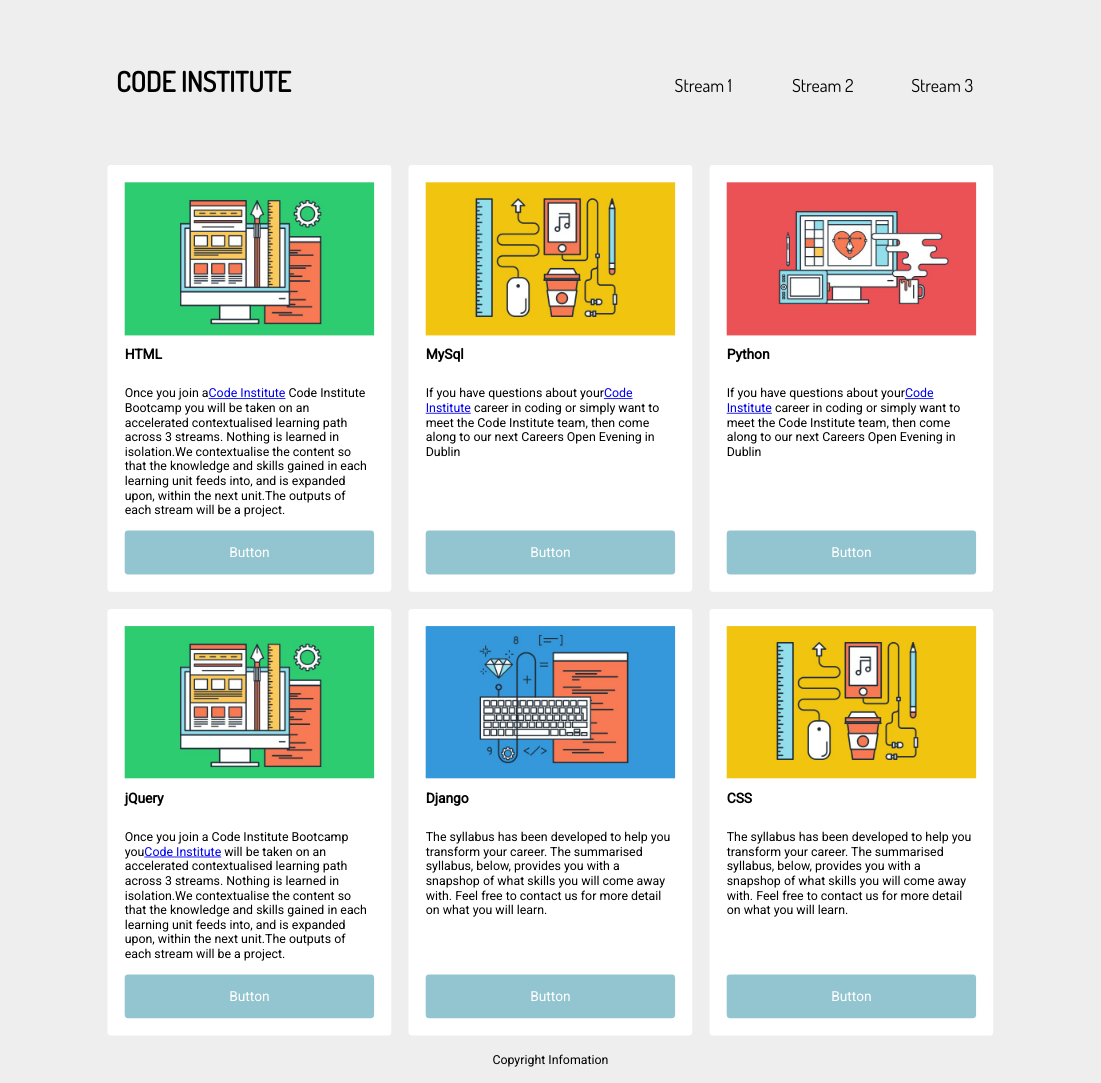
Repository: SOliv1/jquery-downloading-selectors
Page: index.html
The author's editor kept a record of every edit. The page is drawn from the files as they stood at one moment, then again after the next edit.
The browser window is 1280 px wide. The pictures show the whole page, at 86% of full size.
Some web libraries are served in a nearby version.

Above is the page before.

### index.html
<!DOCTYPE html>

<html lang="en">

<head>

	<meta charset="UTF-8">

	<meta name="viewport" content="width=device-width, initial-scale=1">

	<title>jQuery</title>

	<link href="style.css" rel="stylesheet">

	<link href='https://fonts.googleapis.com/css?family=Roboto' rel='stylesheet' type='text/css'>

	<link href='https://fonts.googleapis.com/css?family=Dosis' rel='stylesheet' type='text/css'>

</head>

<body>

	<div id="container">

		<nav>

			<ul>

				<li id="logoNav">CODE INSTITUTE</li>

				<li id="stream1" class="stream-nav">Stream 1</li>

				<li id="stream2" class="stream-nav">Stream 2</li>

				<li id="stream3" class="stream-nav">Stream 3</li>

			</ul>

		</nav>

		<div class="card stream1-card">

			<img class="card_image" src="img/3.png" alt="coding icon">

			<div class="card_bottom">

				<h2 class="card_head">HTML</h2>

				<p class="card_para">Once you join a<a href="#">Code Institute</a> Code Institute Bootcamp you will be taken on an accelerated contextualised learning path across 3 streams. Nothing is learned in isolation.We contextualise the content so that the knowledge and skills gained in each learning unit feeds into, and is expanded upon, within the next unit.The outputs of each stream will be a project. </p>

				<a href="" class="bottom_button">Button</a>

			</div>

		</div>

	<div class="card stream3-card">
			<img class="card_image" src="img/1.png" alt="coding icon">

			<h2 class="card_head">MySql</h2>

			<p class="card_para">If you have questions about your<a href="#">Code Institute</a> career in coding or simply want to meet the Code Institute team, then come along to our next Careers Open Evening in Dublin</p>

			<a href="" class="bottom_button">Button</a>

		</div>



		<div class="card stream2-card">

			<img class="card_image" src="img/2.png" alt="coding icon">

			<h2 class="card_head">Python</h2>

			<p class="card_para">If you have questions about your<a href="#">Code Institute</a> career in coding or simply want to meet the Code Institute team, then come along to our next Careers Open Evening in Dublin</p>

			<a href="" class="bottom_button">Button</a>

		</div>

		<div class="card stream1-card">

			<img class="card_image" src="img/3.png" alt="coding icon">

			<div class="card_bottom">

				<h2 class="card_head">jQuery</h2>

				<p class="card_para">Once you join a Code Institute Bootcamp you<a href="#">Code Institute</a> will be taken on an accelerated contextualised learning path across 3 streams. Nothing is learned in isolation.We contextualise the content so that the knowledge and skills gained in each learning unit feeds into, and is expanded upon, within the next unit.The outputs of each stream will be a project. </p>

				<a href="" class="bottom_button">Button</a>

			</div>

		</div>

		<div class="card stream3-card">

			<img class="card_image" src="img/4.png" alt="coding icon">

			<h2 class="card_head">Django</h2>

			<p class="card_para">The syllabus has been developed to help you transform your career. The summarised syllabus, below, provides you with a snapshop of what skills you will come away with. Feel free to contact us for more detail on what you will learn.</p>

			<a href="" class="bottom_button">Button</a>

		</div>

	<div class="card stream1-card">

			<img class="card_image" src="img/1.png" alt="coding icon">

			<h2 class="card_head">CSS</h2>

			<p class="card_para">The syllabus has been developed to help you transform your career. The summarised syllabus, below, provides you with a snapshop of what skills you will come away with. Feel free to contact us for more detail on what you will learn.</p>

			<a href="" class="bottom_button">Button</a>

		</div>

		<div id="my_footer">

			<p id="copyright">Copyright Infomation</p>

		</div>

	</div>

	<script src="https://code.jquery.com/jquery-3.2.1.js" integrity="sha256-DZAnKJ/6XZ9si04Hgrsxu/8s717jcIzLy3oi35EouyE=" crossorigin="anonymous"></script>

	<script src="script.js"></script> <!-- Scripts located at the bottom of the body to insure page is fully loaded before execution -->

</body>

</html>

### style.css

body{

	font-family: 'Roboto', sans-serif;
 	background-color: #eee;

}



h1{

	font-size: 3em;
	text-align: center;

}

h2{

	font-size: 1em;
	text-align: left;

}

p{

	font-size: .9rem;

}



div{

	border-radius: 4px;

}



.card_image{

	width: 100%;

}



.bottom_button{

	display: flex;
	box-sizing: border-box;
	border-radius: 4px;
	display: block;
	width: 100%;
	background-color: rgba(129, 187, 201,.85);
	text-align: center;
	padding: 1em .75em;
	text-decoration: none;
	color: #fff;

}



.card_bottom{

	display: flex;
	flex-flow: column;

}



.card_head{
	flex: 0;

}



.card_para{

	flex: 1 0 auto;

}



#container{

	display: flex;
	flex-flow: row wrap;
	box-sizing: border-box;
	margin-right: auto;
	margin-left: auto;
	max-width: 1050px;

}



#logo{

	width: 800px;
	margin: auto;

}



.card{

	flex: 1;

	display: flex;

	flex-flow: column;

	min-width: 240px;

	margin: 10px;

	padding: 20px;

	background-color: #fff;

}



#my_footer{

	width: 100%;

	text-align: center;

}

#copyright{
	margin-top: 10px;
	margin-bottom: 10px;


}


/*************************

Navigation

**************************/



nav{

	font-family: roboto;
	background-color: #eee;
	margin: 30px auto;
	width: 100%;

}


ul{
	display: flex;
	justify-content: space-between;
	flex-flow: row;
	align-items: baseline;
	border-radius: 10px;
	list-style-type: none; /*Remove Bullets*/
	padding: 0;

}

li{
	flex: 1;
	height: 30px;
	font-family: Dosis;
	padding: 20px 20px 20px 20px;
	text-align: center;
	font-size: 1.3em;

}

#logoNav{
	flex: 6;
	text-align: left;
	font-size: 2em;
	font-weight: bold;

}

.underline{

	text-decoration: underline;

}

.border{
	border: solid 5px #ccc;

}

.stream-nav{
	cursor: pointer;

}

.card-highlight{
	background-color: rgb(235, 82, 85);

}

/*for desktop navigation*/

@media screen and (max-width: 700px){

	ul{
		flex-flow: column;
		align-items:center;
	}

	li{

		font-size: 2em;
	}

}

### script.js

$(document).ready(function() {

    $("#stream1_btn").on("click", function() {

        $(".stream1").removeClass('highlight_stream');

        $(".stream2").removeClass('highlight_stream');

        $(".stream3").removeClass('highlight_stream');

        $(".stream1").addClass('highlight_stream');

   });

   $("#stream2_btn").on("click", function() {

        $(".stream1").removeClass('highlight_stream');

        $(".stream2").removeClass('highlight_stream');

        $(".stream3").removeClass('highlight_stream');

        $(".stream2").addClass('highlight_stream');

   });

   $("#stream3_btn").on("click", function() {

        $(".stream1").removeClass('highlight_stream');

        $(".stream2").removeClass('highlight_stream');

        $(".stream3").removeClass('highlight_stream');

        $(".stream3").addClass('highlight_stream');

   });

});

After the next edit:
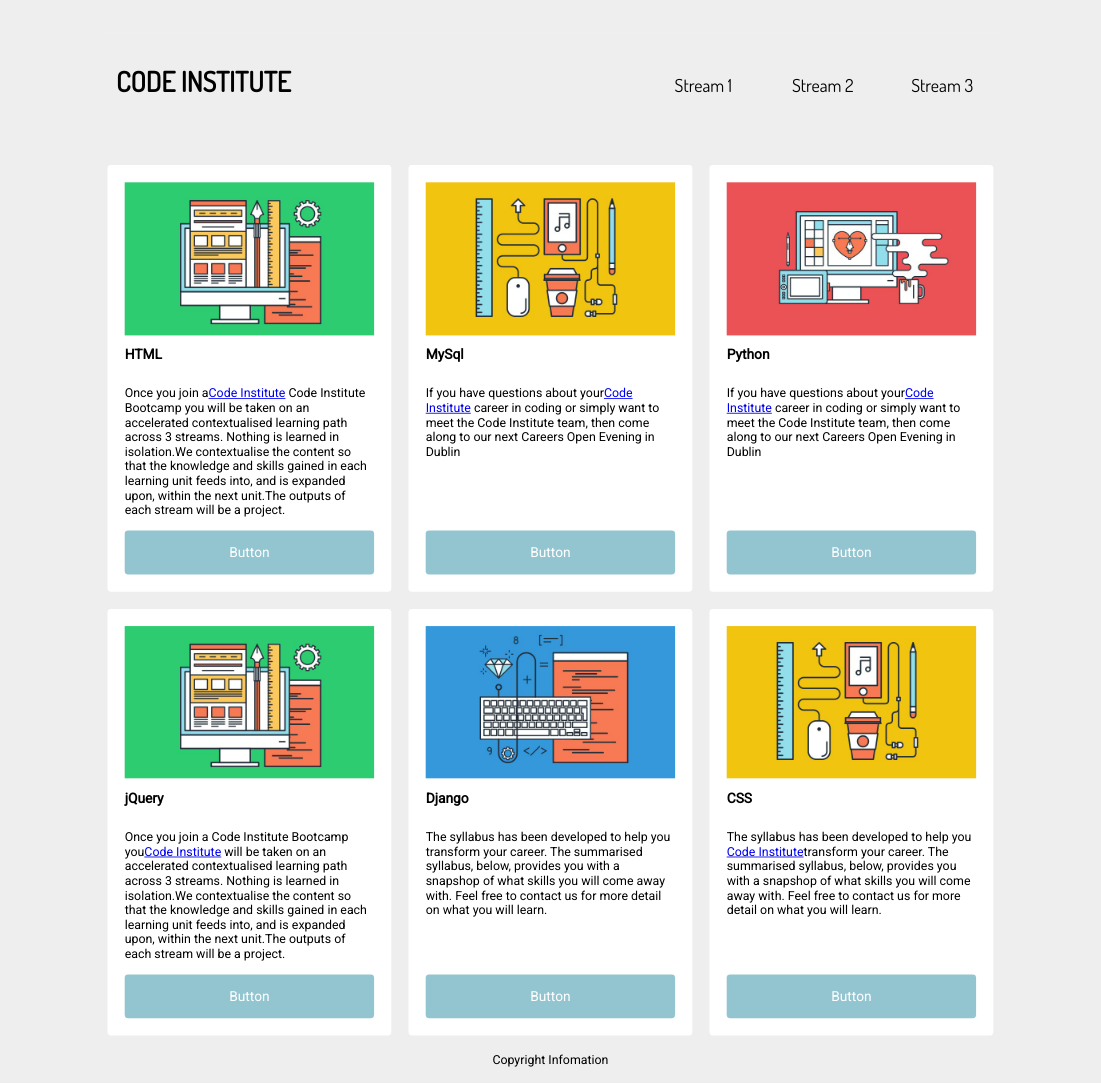
The edit:
--- a/index.html
+++ b/index.html
@@ -113,7 +113,7 @@
 
 			<h2 class="card_head">CSS</h2>
 
-			<p class="card_para">The syllabus has been developed to help you transform your career. The summarised syllabus, below, provides you with a snapshop of what skills you will come away with. Feel free to contact us for more detail on what you will learn.</p>
+			<p class="card_para">The syllabus has been developed to help you <a href="#">Code Institute</a>transform your career. The summarised syllabus, below, provides you with a snapshop of what skills you will come away with. Feel free to contact us for more detail on what you will learn.</p>
 
 			<a href="" class="bottom_button">Button</a>
 
